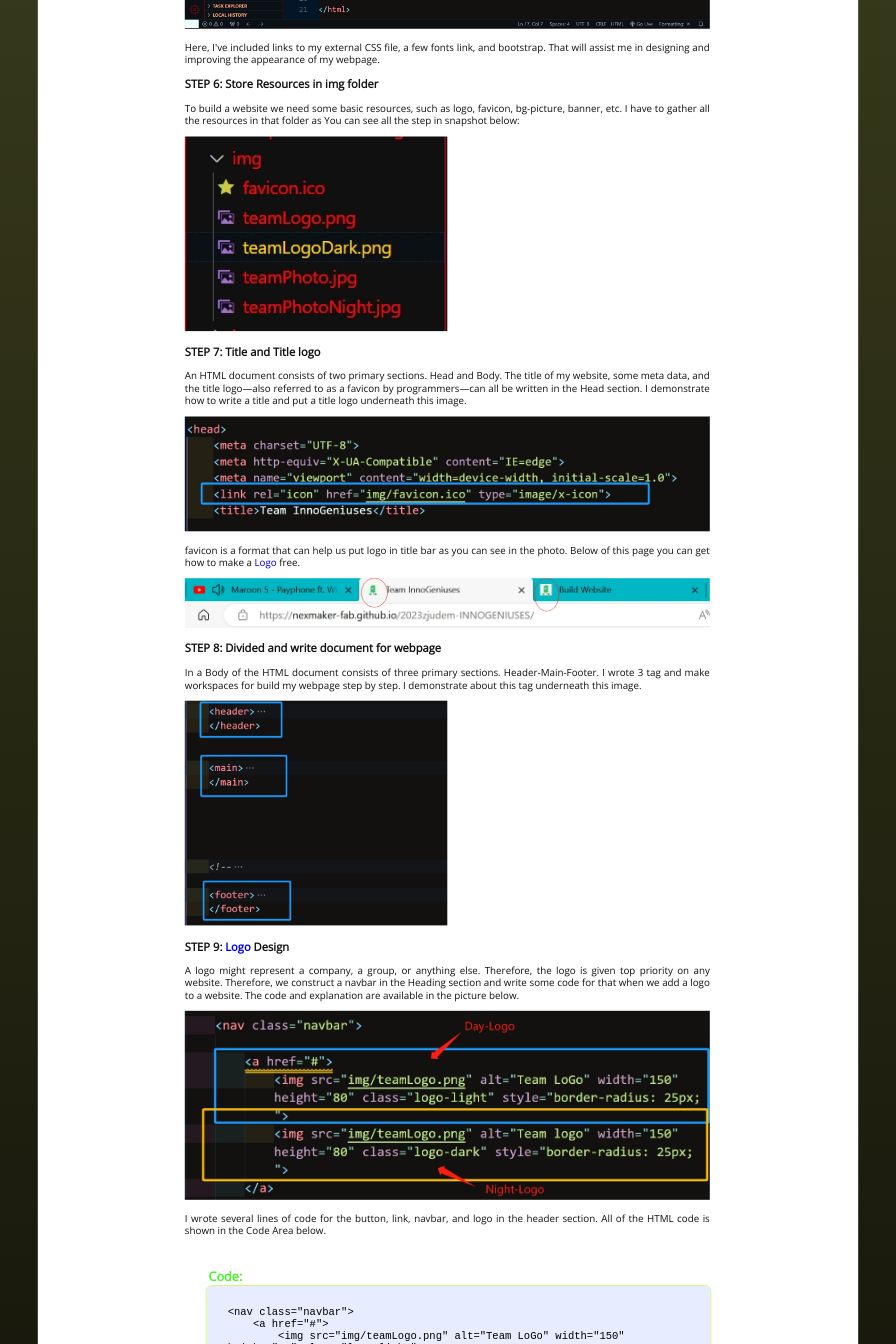
Repository: NexMaker-Fab/2023zjudem-INNOGENIUSES
Page: build web/page1.html
An editor plug-in stored every save of this project. The page is shown before and after the next save, followed by the edit.
The browser window is 1280 px wide. The pictures show the part of the page from y = 4580 to 6500 px (the page is 10795 px tall), at 70% of full size.
An inner scrolling area shows only its first screen.

Above is the page before, as saved 2023-11-27 02:50:32.

After the next save:
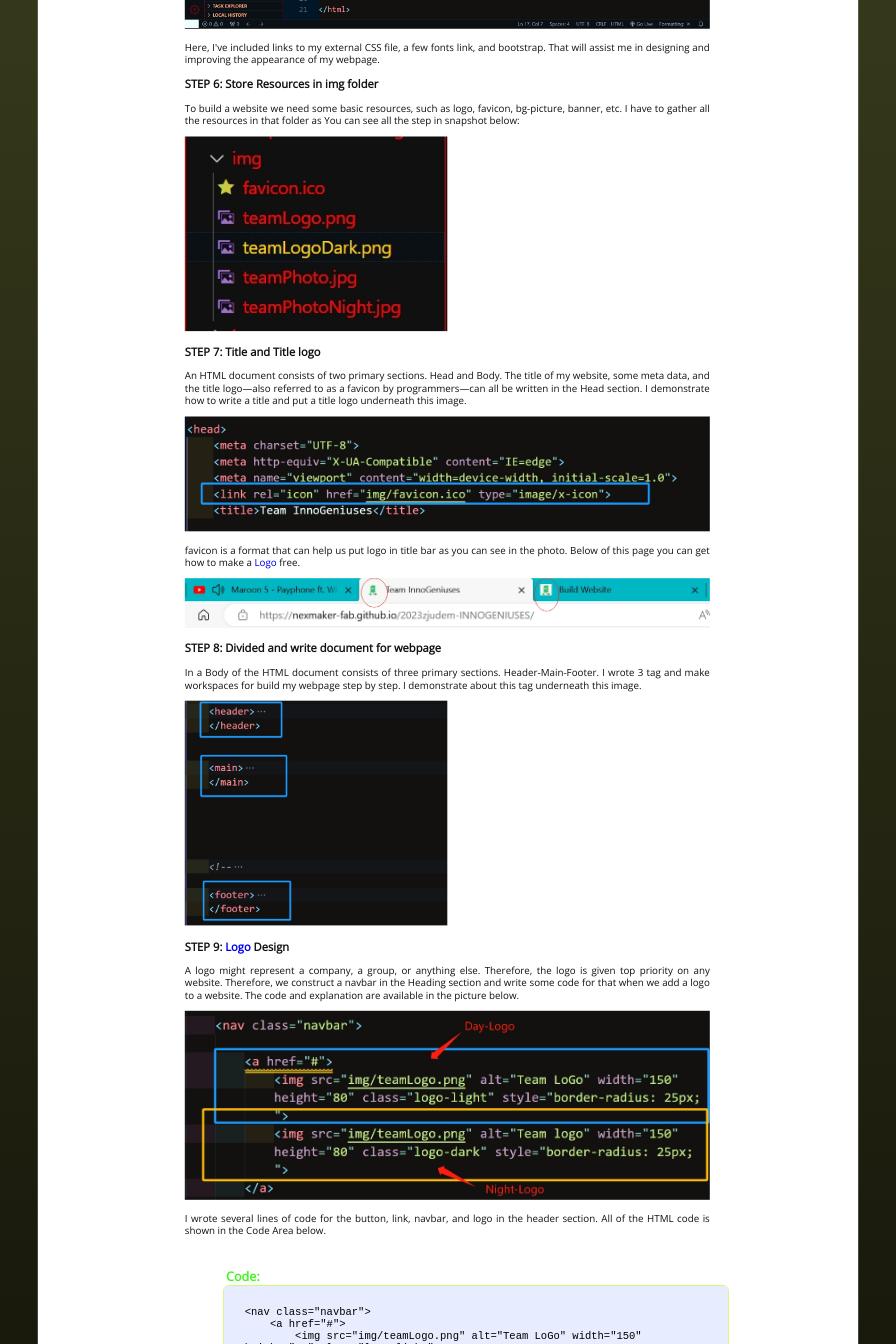
Saved 10 s later.
--- a/build web/styles.css
+++ b/build web/styles.css
@@ -435,7 +435,7 @@ ul#topnav li a:hover {
     width: 100%;
     display: flex;
     flex-direction: column;
-    align-items: right;
+    align-items: center;
     padding: 10px 10px;
 }
 
